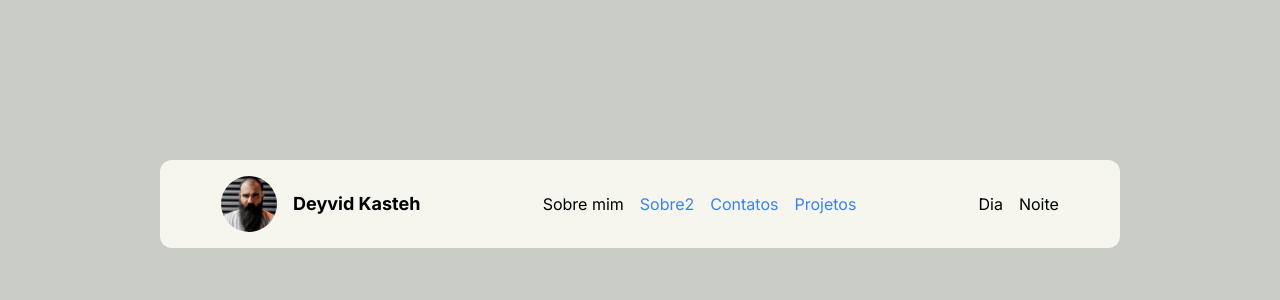
Repository: Deyvid-Kasteh/kasteh_portfolio
Page: /
These files come from the project's save history. The page is drawn as it stood at one moment and after the next save; the edit follows.
The browser window is 1280 px wide. The pictures show the whole page.
The project was rebuilt for these pictures with package versions that can differ from the ones it lists, and the page was loaded fresh each time. The framework's server and built-in components were replaced by stand-ins that run in the browser. Also part of the build but not shown: next.config.mjs.

Above is the page before, as saved 2024-03-24 17:13:47.

After the next save:
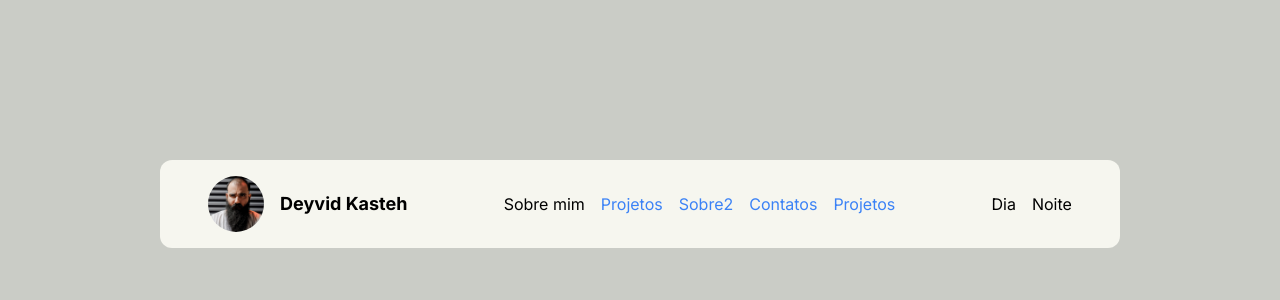
Saved 8 s later.
--- a/src/app/components/header.tsx
+++ b/src/app/components/header.tsx
@@ -13,6 +13,11 @@ const Header: React.FC = () => {
         <ul className="flex space-x-4">
           <li>
             <a href="#">Sobre mim</a>
+          </li>
+          <li>
+            <a href="#" className="text-blue-500 hover:text-blue-700">
+              Projetos
+            </a>
           </li>
           <li>
             <a
